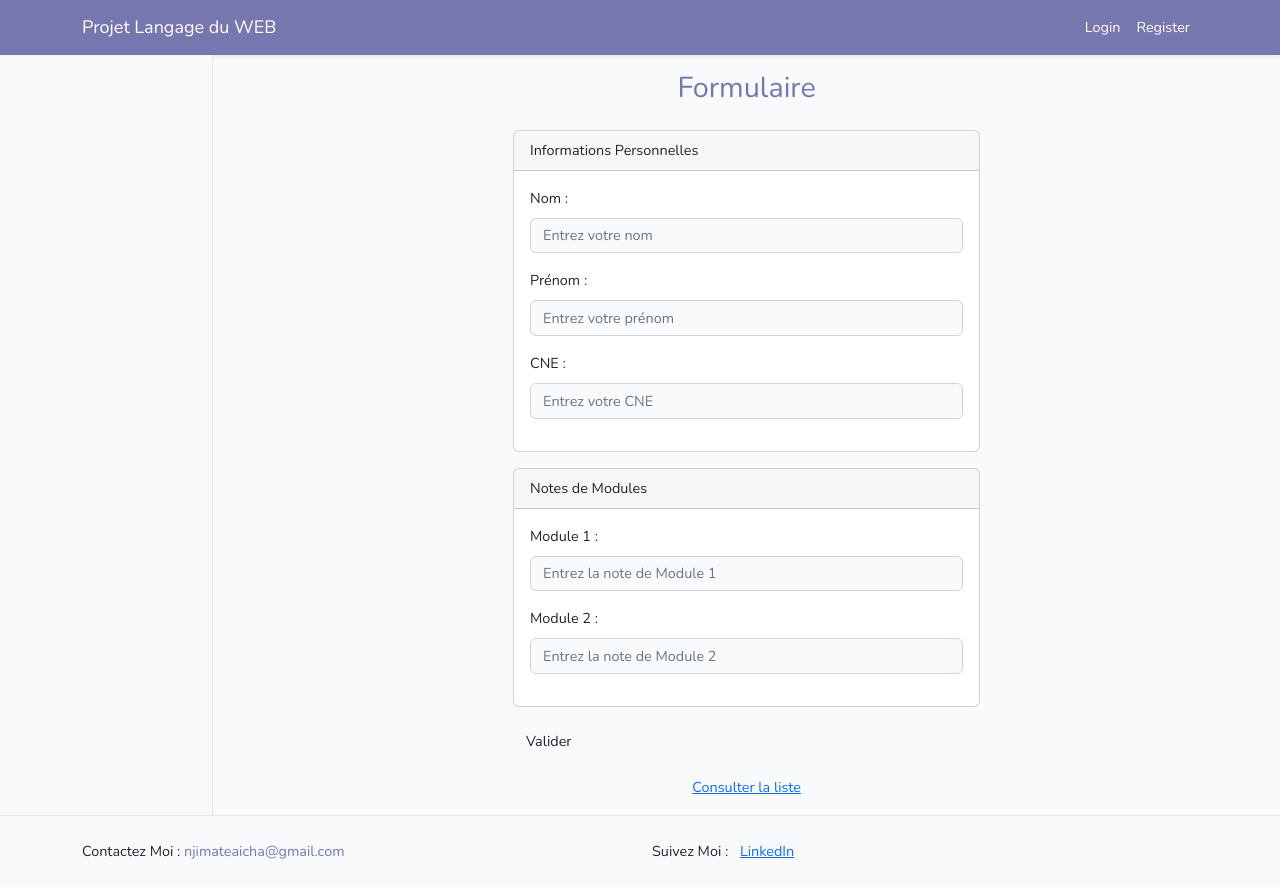
Repository: NjimateAicha/LaravelWeb
Page: http://localhost/etudiant/create
The author's editor kept a copy of each file at every save. The page is drawn from the files as they stood at one save, then again after the next save.
The browser window is 1280 px wide. The pictures show the whole page.
Some web libraries are served in a nearby version. The page is served by the project's Laravel application, run on PHP 8.4 with Laravel 9. Other server files are loaded and not shown. Style sheets and scripts are compiled from the project's sources, by tool versions that may differ from the author's.

Above is the page before, as saved 2024-05-19 17:57:00.

### routes/web.php
<?php

use App\Http\Controllers\AproposDeMoiController;
use App\Http\Controllers\ChartsController;
use App\Http\Controllers\EtudiantController;
use App\Http\Controllers\formulairesController;
use App\Http\Controllers\ImageController;
use App\Http\Controllers\JsController;
use App\Http\Controllers\MapController;
use App\Http\Controllers\MatriceController;
use App\Http\Controllers\PhpController;
use App\Http\Controllers\ProjetController;
use App\Http\Controllers\QuizController;
use Illuminate\Support\Facades\Auth;
use Illuminate\Support\Facades\Route;

/*
|--------------------------------------------------------------------------
| Web Routes
|--------------------------------------------------------------------------
|
| Here is where you can register web routes for your application. These
| routes are loaded by the RouteServiceProvider within a group which
| contains the "web" middleware group. Now create something great!
|
*/

Route::get('/', function () {
    return view('auth.login');
});


Auth::routes();

Route::get('/home', [App\Http\Controllers\HomeController::class, 'index'])->name('home');

Route::get('/projets', [ProjetController::class, 'index'])->name('projets.index');
Route::get('/aproposDeMoi', [AproposDeMoiController::class, 'index'])->name('aProposDeMoi.index');


/* CRUD Student */
Route::resource('/etudiant' ,EtudiantController::class );
/* CRUD image */
Route::resource('/image' ,ImageController::class );
/* CRUD Maps */
Route::resource('/map' ,MapController::class );
/* CRUD Charts */
Route::resource('/charts' ,ChartsController::class );
/* Matrice */
Route::resource('/matrice' ,MatriceController::class );
/* quiz */
Route::resource('/Quiz' ,QuizController::class );
Route::get('/quiz/javascript', [QuizController::class, 'javascriptQuiz'])->name('quiz.javascript');
Route::post('/quiz/calculateJS', [QuizController::class, 'calculateScoreJS'])->name('quiz.calculateJS');
Route::get('/quiz/php', [QuizController::class, 'phpQuiz'])->name('quiz.php');
Route::post('/quiz/calculatePHP', [QuizController::class, 'calculateScorePHP'])->name('quiz.calculatePHP');

### app/Http/Controllers/EtudiantController.php
<?php

namespace App\Http\Controllers;

use App\Models\Etudiant;
use Illuminate\Http\Request;

class EtudiantController extends Controller
{
    /**
     * Display a listing of the resource.
     *
     * @return \Illuminate\Http\Response
     */
    public function index()
    {
        $etudiants = Etudiant::all();
        return view('etudiant.index', ['etudiants' => $etudiants]);
    }

    /**
     * Show the form for creating a new resource.
     *
     * @return \Illuminate\Http\Response
     */
    public function create()
    {
        return view('etudiant.create');
    }

    /**
     * Store a newly created resource in storage.
     *
     * @param  \Illuminate\Http\Request  $request
     * @return \Illuminate\Http\Response
     */
    public function store(Request $request)
    {
        // Validation des données soumises
        $validatedData = $request->validate([
            'nom' => 'required|string|max:255|alpha',
            'prenom' => 'required|string|max:255|alpha',
            'cne' => 'required|string|unique:etudiants,cne|regex:/^[A-Z][0-9]{6}$/',
            'module1' => 'required|numeric|between:0,20',
            'module2' => 'required|numeric|between:0,20',
        ]);

        $latitude = mt_rand(27, 35); // Plage approximative des latitudes du Maroc
        $langitude = mt_rand(-13, -2); // Plage approximative des longitudes du Maroc
        // Création d'un nouvel étudiant avec les données validées
      $etudiant = Etudiant::create([
        'nom' => $validatedData['nom'],
        'prenom' => $validatedData['prenom'],
        'cne' => $validatedData['cne'],
        'note1' => $validatedData['module1'],
        'note2' => $validatedData['module2'],
        'langitude' => $langitude,
        'latitude' => $latitude,
    ]);

        // Redirection avec un message de succès
        return redirect()->route('etudiant.index')->with('success', 'Étudiant enregistré avec succès.');
    }


    /**
     * Display the specified resource.
     *
     * @param  \App\Models\Etudiant  $etudiant
     * @return \Illuminate\Http\Response
     */
    public function show(Etudiant $etudiant)
    {
        //
    }

    /**
     * Show the form for editing the specified resource.
     *
     * @param  \App\Models\Etudiant  $etudiant
     * @return \Illuminate\Http\Response
     */
    public function edit(Etudiant $etudiant)
    {
        return view('etudiant.edit', compact('etudiant'));
    }


    /**
     * Update the specified resource in storage.
     *
     * @param  \Illuminate\Http\Request  $request
     * @param  \App\Models\Etudiant  $etudiant
     * @return \Illuminate\Http\Response
     */
    public function update(Request $request, Etudiant $etudiant)
    {
        // Validation des données reçues du formulaire
        $validatedData = $request->validate([
            'nom' => 'required|string|max:255',
            'prenom' => 'required|string|max:255',
            'cne' => 'required|string|max:255',
            'note1' => 'required|numeric',
            'note2' => 'required|numeric',
        ]);

        // Mise à jour des informations de l'étudiant avec les données validées
        $etudiant->update($validatedData);

        // Redirection vers la page de la liste des étudiants avec un message de succès
        return redirect()->route('etudiant.index')->with('success', 'Étudiant mis à jour avec succès.');
    }



    /**
     * Remove the specified resource from storage.
     *
     * @param  \App\Models\Etudiant  $etudiant
     * @return \Illuminate\Http\Response
     */
    public function destroy(Etudiant $etudiant)
    {
        // Suppression de l'étudiant
        $etudiant->delete();

        // Redirection vers la liste des étudiants avec un message de succès
        return redirect()->route('etudiant.index')->with('success', 'Étudiant supprimé avec succès.');
    }
}

### resources/views/etudiant/create.blade.php
@extends('layouts.app')
@section('content')
    <div class="container mt-3">
        @if ($errors->any())
            <div class="alert alert-danger">
                <ul>
                    @foreach ($errors->all() as $error)
                        <li>{{ $error }}</li>
                    @endforeach
                </ul>
            </div>
        @endif

        <h2 class="text-center mb-4">Formulaire</h2>
        <div class="col-md-6 mx-auto">
            <form action="{{ route('etudiant.store') }}" method="POST">
                @csrf
                <!-- Informations personnelles -->
                <div class="card mb-3">
                    <div class="card-header">Informations Personnelles</div>
                    <div class="card-body">
                        <div class="form-group">
                            <label for="nom">Nom :</label>
                            <input type="text" class="form-control" id="nom" name="nom"
                                placeholder="Entrez votre nom" required>
                        </div>
                        <div class="form-group">
                            <label for="prenom">Prénom :</label>
                            <input type="text" class="form-control" id="prenom" name="prenom"
                                placeholder="Entrez votre prénom" required>
                        </div>
                        <div class="form-group">
                            <label for="cne">CNE :</label>
                            <input type="text" class="form-control" id="cne" name="cne"
                                placeholder="Entrez votre CNE" required>
                        </div>
                    </div>
                </div>
                <!-- Notes de modules -->
                <div class="card mb-3">
                    <div class="card-header">Notes de Modules</div>
                    <div class="card-body">
                        <div class="form-group">
                            <label for="module1">Module 1 :</label>
                            <input type="number" class="form-control" id="module1" name="module1"
                                placeholder="Entrez la note de Module 1" required>
                        </div>
                        <div class="form-group">
                            <label for="module2">Module 2 :</label>
                            <input type="number" class="form-control" id="module2" name="module2"
                                placeholder="Entrez la note de Module 2" required>
                        </div>

                    </div>
                </div>
                <!-- Bouton Valider -->
                <button type="submit" class="btn custom-btn btn-blok">Valider</button>
            </form>
            <!-- Lien pour consulter la liste -->
            <p class="text-center mt-3"><a href="{{ route('etudiant.index') }}">Consulter la liste</a></p>
        </div>
    </div>


@endsection

<style>
    h1{
        color: #7777af;
    }
    h2{
        color: #7777af;
    }
    .custom-btn {
        color: #fff;
        background-color: #7777af;
        border: none;
    }

    .custom-btn:hover {
        background-color: #555577;
    }
    .card-title{
        color: #7777af;
    }
</style>

### resources/views/layouts/app.blade.php
<!doctype html>
<html lang="{{ str_replace('_', '-', app()->getLocale()) }}">

<head>
    <meta charset="utf-8">
    <meta name="viewport" content="width=device-width, initial-scale=1">

    <!-- CSRF Token -->
    <meta name="csrf-token" content="{{ csrf_token() }}">

    <title>{{ config('app.name', 'Aicha\'s Portfolio') }}</title>

    <!-- Fonts -->
    <link rel="dns-prefetch" href="//fonts.bunny.net">
    <link href="https://fonts.bunny.net/css?family=Nunito" rel="stylesheet">

    <!-- Styles -->
    <link rel="stylesheet" href="https://maxcdn.bootstrapcdn.com/bootstrap/4.5.2/css/bootstrap.min.css">
    <style>

        body {
            font-family: 'Nunito', sans-serif;
        }
        .navbar {
            background-color: #7777af;
        }
        .navbar-brand, .navbar-nav .nav-link {
            color: white !important;
        }
        .sidebar {
            background-color: #f8f9fa;
            border-right: 1px solid #e7e7e7;
        }
        .sidebar .nav-link {
            color: #7777af;
        }
        .sidebar .nav-link:hover {
            color: #7777af;
        }
        .font-weight-bold {
            font-weight: bold !important;
        }
        footer {
            background-color: #f8f9fa;
            border-top: 1px solid #e7e7e7;
            padding: 10px 0;
        }
        footer p {
            margin: 0;
        }
    </style>
    <!-- Scripts -->
    @vite(['resources/sass/app.scss', 'resources/js/app.js'])
</head>

<body>
    <div id="app">
        <nav class="navbar navbar-expand-md navbar-light shadow-sm">
            <div class="container">
                <a class="navbar-brand" href="{{ url('/') }}">
                    Projet Langage du WEB
                </a>
                <button class="navbar-toggler" type="button" data-toggle="collapse" data-target="#navbarSupportedContent" aria-controls="navbarSupportedContent" aria-expanded="false" aria-label="{{ __('Toggle navigation') }}">
                    <span class="navbar-toggler-icon"></span>
                </button>

                <div class="collapse navbar-collapse" id="navbarSupportedContent">
                    <!-- Left Side Of Navbar -->
                    <ul class="navbar-nav me-auto"></ul>

                    <!-- Right Side Of Navbar -->
                    <ul class="navbar-nav ms-auto">
                        <!-- Authentication Links -->
                        @guest
                            @if (Route::has('login'))
                                <li class="nav-item">
                                    <a class="nav-link" href="{{ route('login') }}">{{ __('Login') }}</a>
                                </li>
                            @endif

                            @if (Route::has('register'))
                                <li class="nav-item">
                                    <a class="nav-link" href="{{ route('register') }}">{{ __('Register') }}</a>
                                </li>
                            @endif
                        @else
                            <li class="nav-item dropdown">
                                <a id="navbarDropdown" class="nav-link dropdown-toggle" href="#" role="button" data-toggle="dropdown" aria-haspopup="true" aria-expanded="false" v-pre>
                                    {{ Auth::user()->name }}
                                </a>

                                <div class="dropdown-menu dropdown-menu-right" aria-labelledby="navbarDropdown">
                                    <a class="dropdown-item" href="{{ route('logout') }}"
                                       onclick="event.preventDefault();
                                                     document.getElementById('logout-form').submit();">
                                        {{ __('Logout') }}
                                    </a>

                                    <form id="logout-form" action="{{ route('logout') }}" method="POST" class="d-none">
                                        @csrf
                                    </form>
                                </div>
                            </li>
                        @endguest
                    </ul>
                </div>
            </div>
        </nav>

        <div class="container-fluid">
            <div class="row">
                <nav class="col-md-2 d-none d-md-block sidebar">
                    <div class="position-sticky pt-3" style="height: 400px">
                        <ul class="nav flex-column">
                            @auth
                                <li class="nav-item">
                                    <a class="nav-link active font-weight-bold" aria-current="page" href="{{ route('aProposDeMoi.index') }}">À propos de moi</a>
                                </li>
                                <li class="nav-item">
                                    <a class="nav-link font-weight-bold" href="{{ route('projets.index') }}">Mes Projets</a>
                                </li>
                            @endauth
                        </ul>
                    </div>
                </nav>
                <main class="col-md-9 ms-sm-auto col-lg-10 px-md-4">
                    @yield('content')
                </main>
            </div>
        </div>

        <footer class="bg-light py-4">
            <div class="container">
                <div class="row justify-content-between">
                    <div class="col-md-6">
                        <p class="d-inline">Contactez Moi : <span style="color: #7777af;">njimateaicha@gmail.com</span></p>
                    </div>
                    <div class="col-md-6">
                        <p class="d-inline-block me-2 mb-0">Suivez Moi :</p>
                        <a href="https://www.linkedin.com/" class="text-blue-500 hover:text-7777af-700 d-inline-block" target="_blank">LinkedIn</a>
                    </div>
                </div>
            </div>
        </footer>
    </div>

    <!-- Bootstrap JS and dependencies -->
    <script src="https://code.jquery.com/jquery-3.5.1.slim.min.js"></script>
    <script src="https://cdn.jsdelivr.net/npm/@popperjs/core@2.5.4/dist/umd/popper.min.js"></script>
    <script src="https://maxcdn.bootstrapcdn.com/bootstrap/4.5.2/js/bootstrap.min.js"></script>
</body>

</html>

Loaded but not shown: app/Http/Controllers/Auth/ConfirmPasswordController.php (common file); app/Http/Controllers/Controller.php (common file); resources/sass/app.scss (common file); resources/sass/_variables.scss (common file)

After the next save:
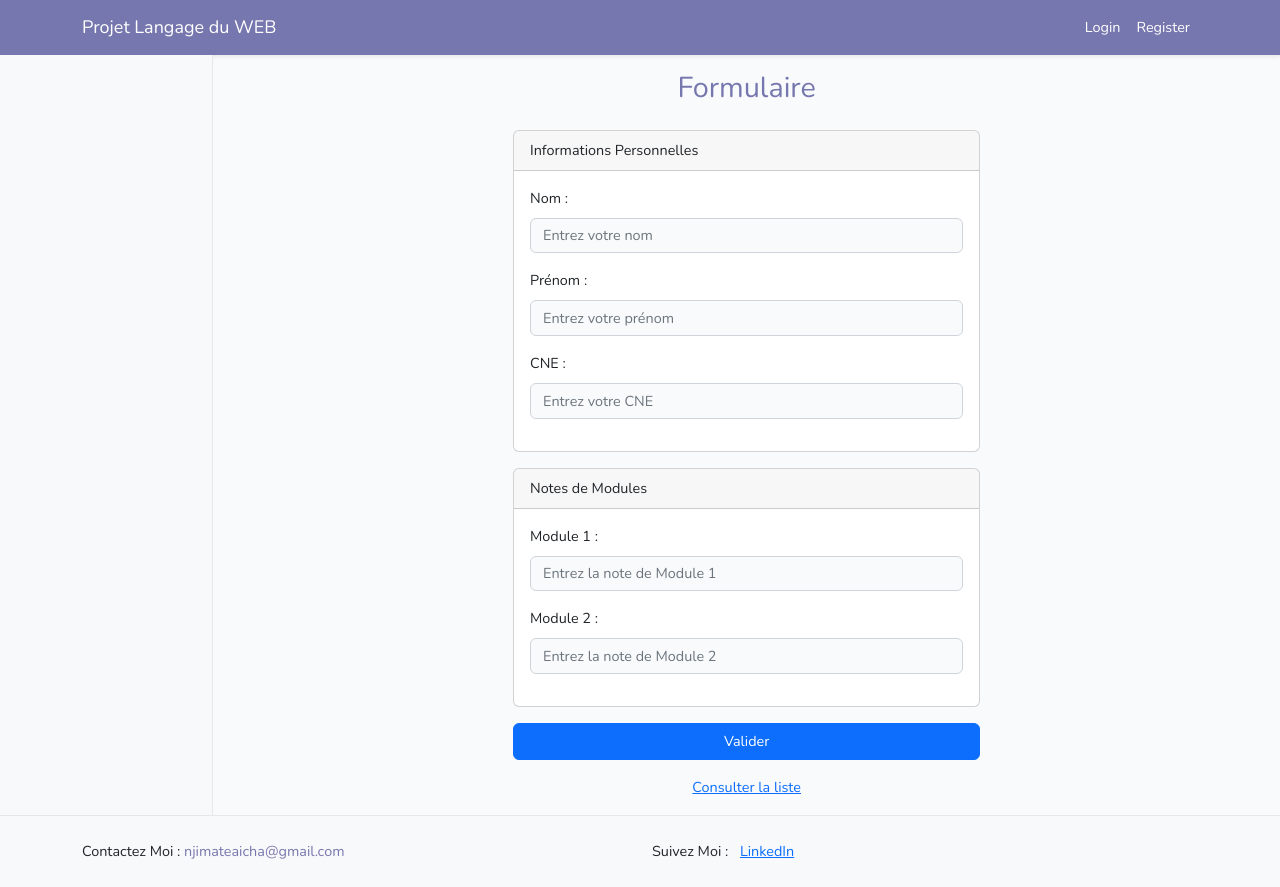
Saved 48 s later.
--- a/resources/views/etudiant/create.blade.php
+++ b/resources/views/etudiant/create.blade.php
@@ -54,7 +54,7 @@
                     </div>
                 </div>
                 <!-- Bouton Valider -->
-                <button type="submit" class="btn custom-btn btn-blok">Valider</button>
+                <button type="submit" class="btn btn-primary btn-block">Valider</button>
             </form>
             <!-- Lien pour consulter la liste -->
             <p class="text-center mt-3"><a href="{{ route('etudiant.index') }}">Consulter la liste</a></p>
